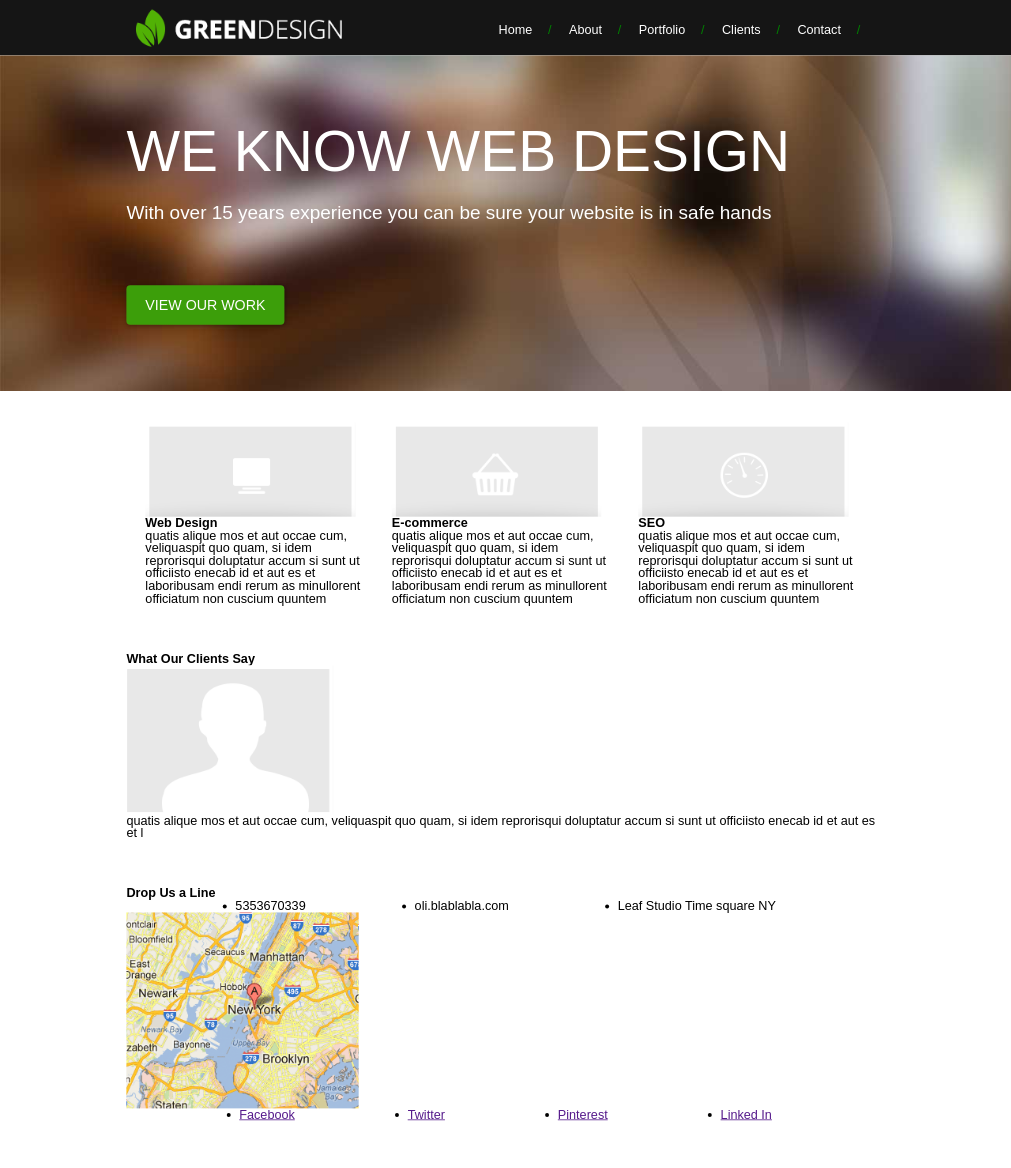
Repository: Piterwk1/psd-to-html
Page: website/index.html
An editor plug-in stored every save of this project. The page is shown before and after the next save, followed by the edit.
The browser window is 1280 px wide. The pictures show the whole page, at 79% of full size.

Above is the page before, as saved 2021-09-14 21:05:26.

After the next save:
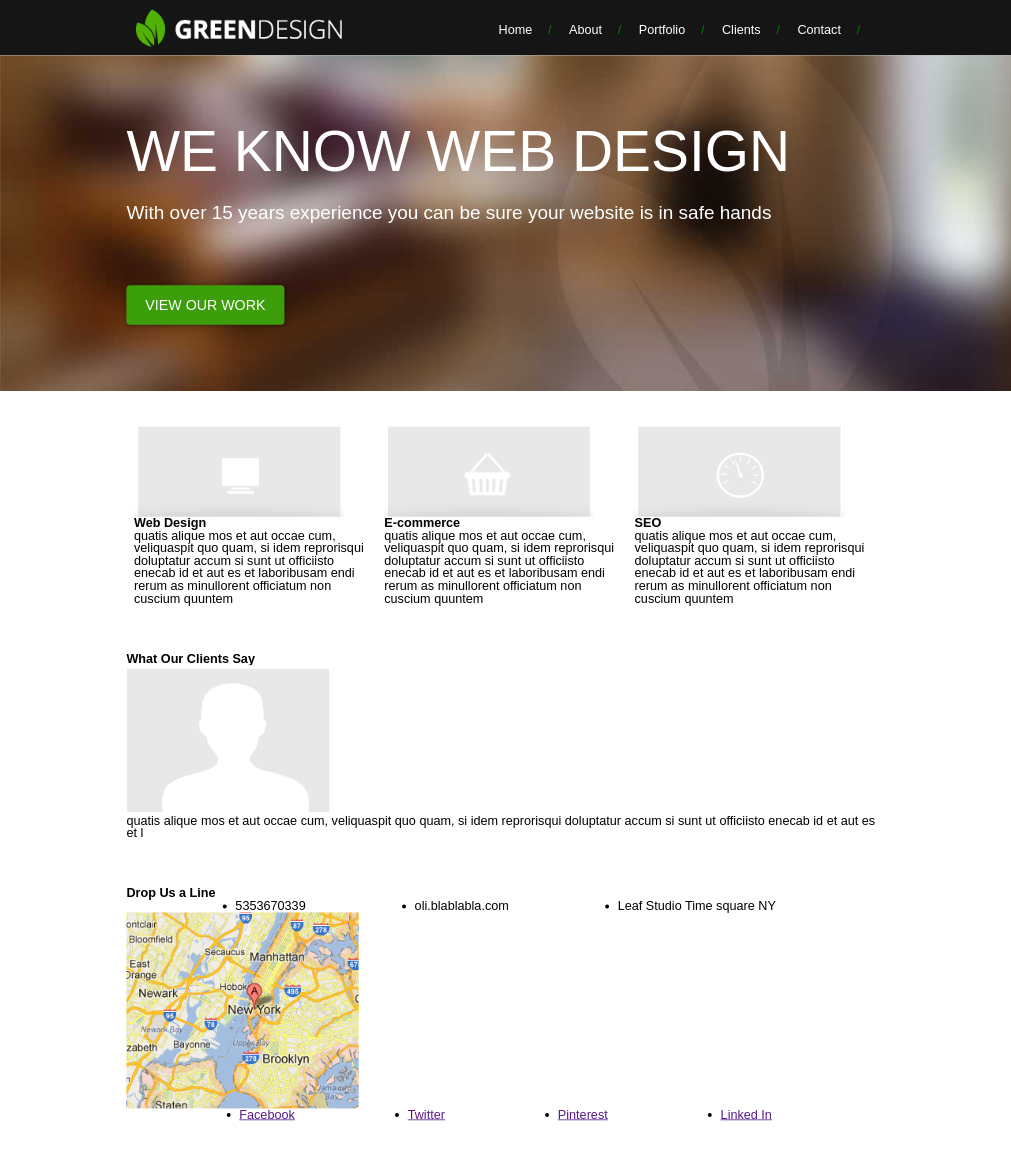
Saved 6 s later.
--- a/website/style.css
+++ b/website/style.css
@@ -297,5 +297,5 @@ section ul {
 }
 
 #points-of-sale li {
-    width: 30%;
-}
+    width: 32%;
+}
